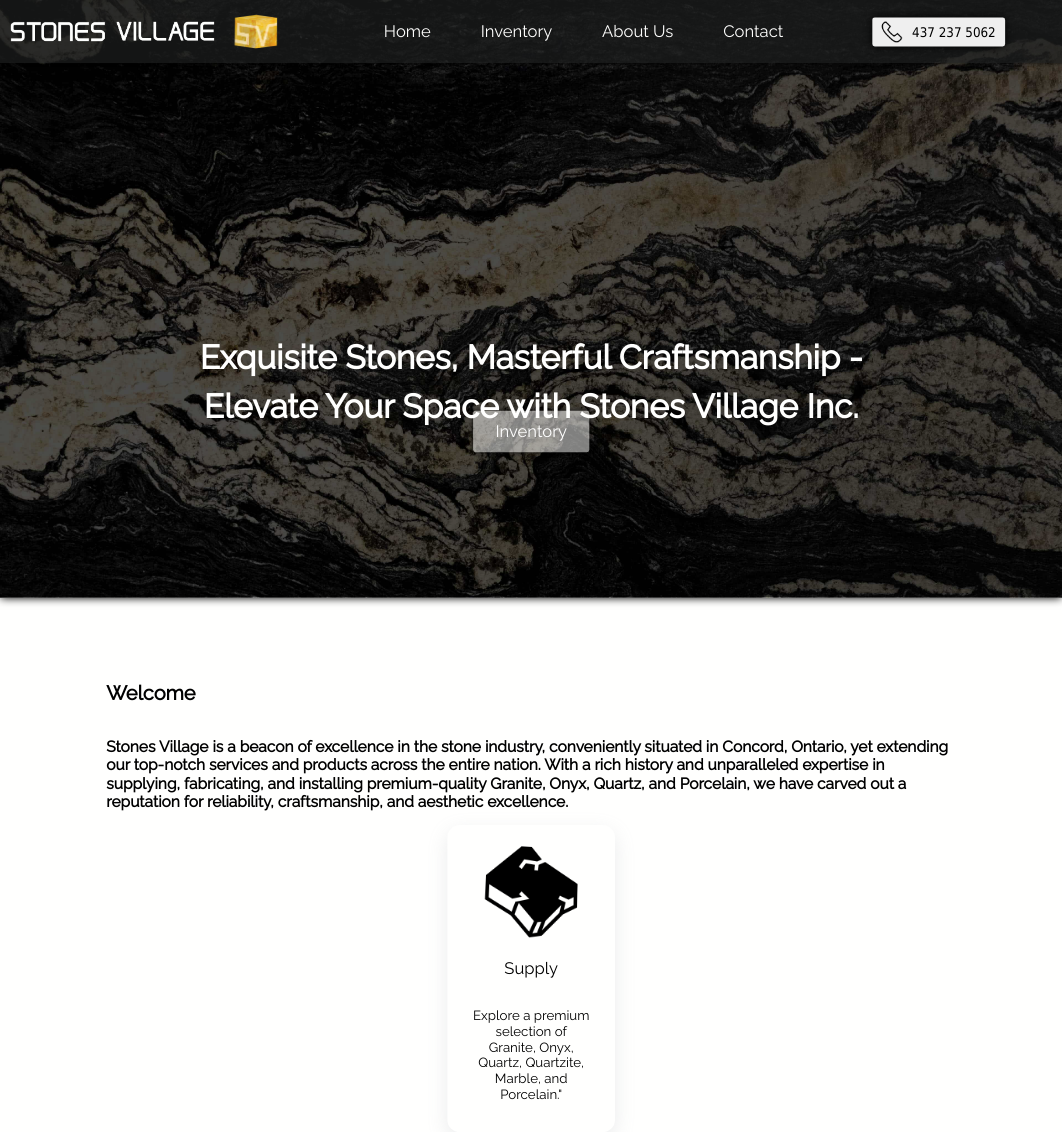
Repository: shayanabedi98/Stones-Village
Page: index.html
The author's editor kept a copy of each file at every save. The page is drawn from the files as they stood at one save, then again after the next save.
The browser window is 1280 px wide. The pictures show the whole page, at 83% of full size.
Backgrounds fixed to the window are drawn as part of the page.

Above is the page before, as saved 2023-10-22 16:33:34.

After the next save:
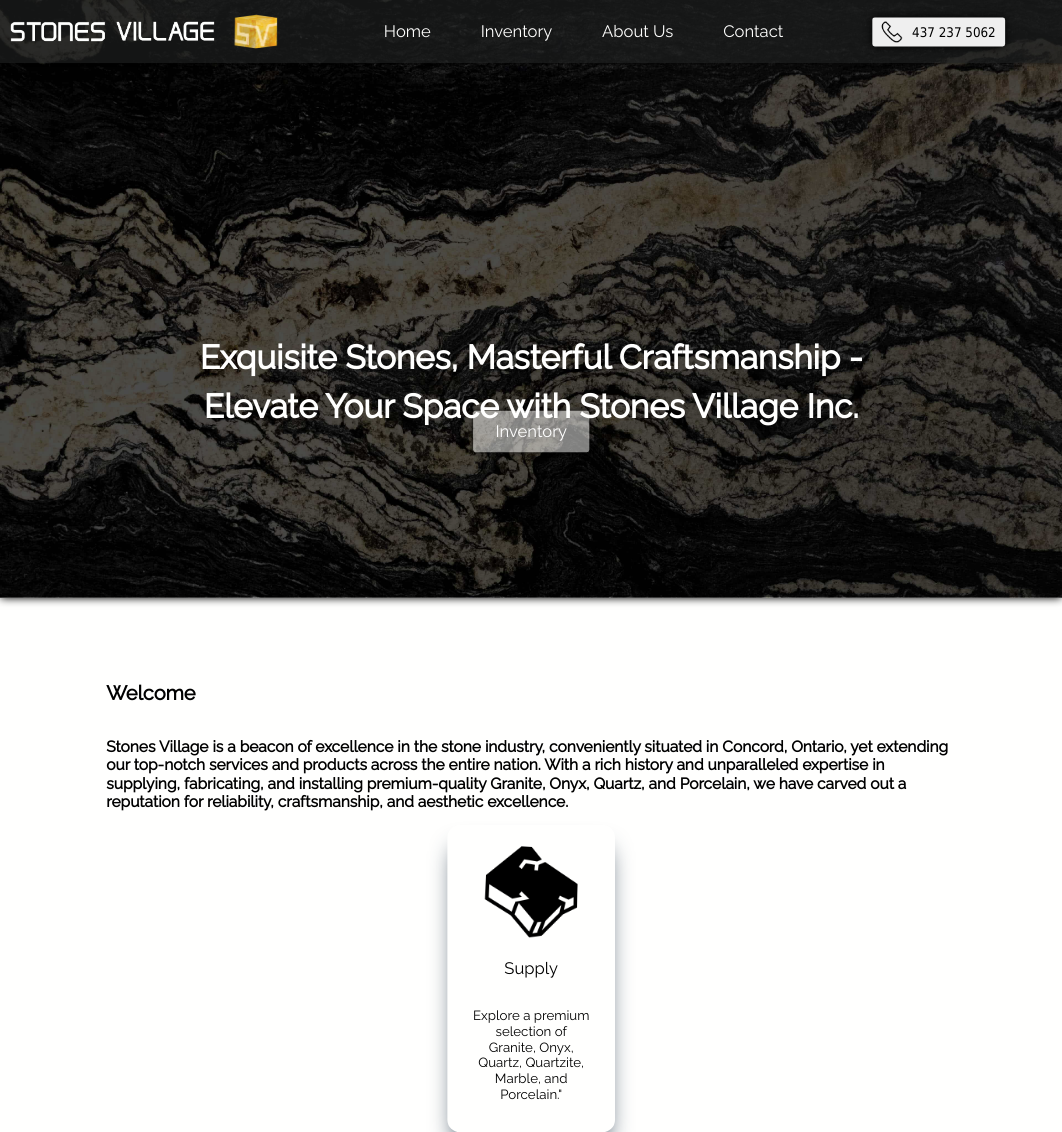
Saved 18 s later.
--- a/styles.css
+++ b/styles.css
@@ -172,7 +172,7 @@ body {
     display: grid;
     justify-items: center;
     border-radius: 15px;
-    box-shadow: rgba(149, 157, 165, 0.2) 0px 8px 24px;
+    box-shadow: rgb(38, 57, 77) 0px 20px 30px -10px;
     text-align: center;
     padding: 20px 5px;
 }
